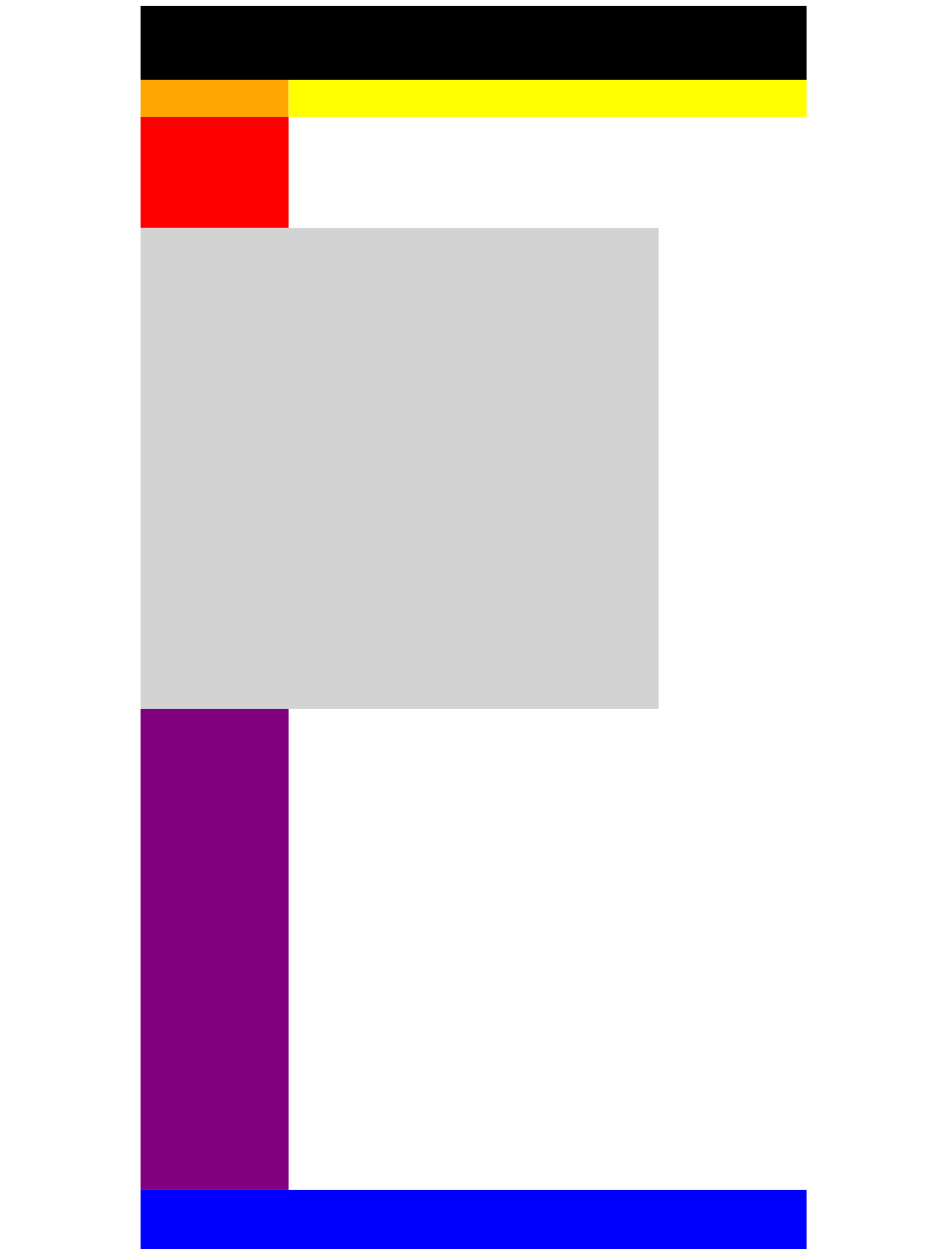
Repository: marudaga/html-css-lecture
Page: work/study/src/main/webapp/htmlEx/ch03/quiz.html
An editor plug-in stored every save of this project. The page is shown before and after the next save, followed by the edit.
The browser window is 1280 px wide. The pictures show the whole page, at 74% of full size.

Above is the page before, as saved 2022-09-06 14:59:56.

After the next save:
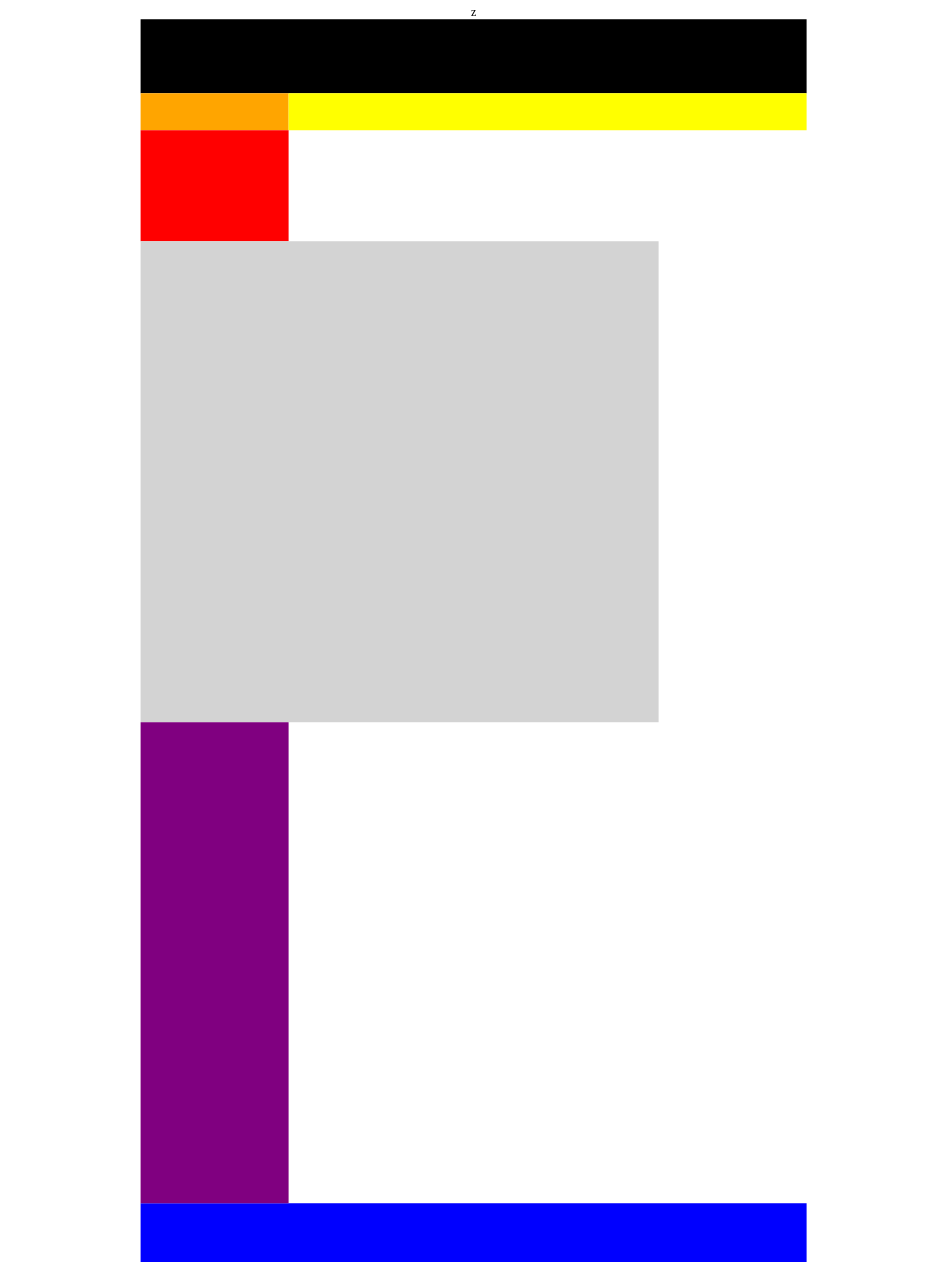
Saved 9 h 4 min later.
--- a/work/study/src/main/webapp/htmlEx/ch03/quiz.html
+++ b/work/study/src/main/webapp/htmlEx/ch03/quiz.html
@@ -42,7 +42,7 @@
 <title>몬드리안의 차가운 추상</title>
 </head>
 
-<body style=" text-align: center;">
+<body style=" text-align: center;">z
 	<div style="text-align: center;width:900px;height:880px;margin: 0 auto;">
 		<div class="box" style="background: black"></div>
 		<div>
